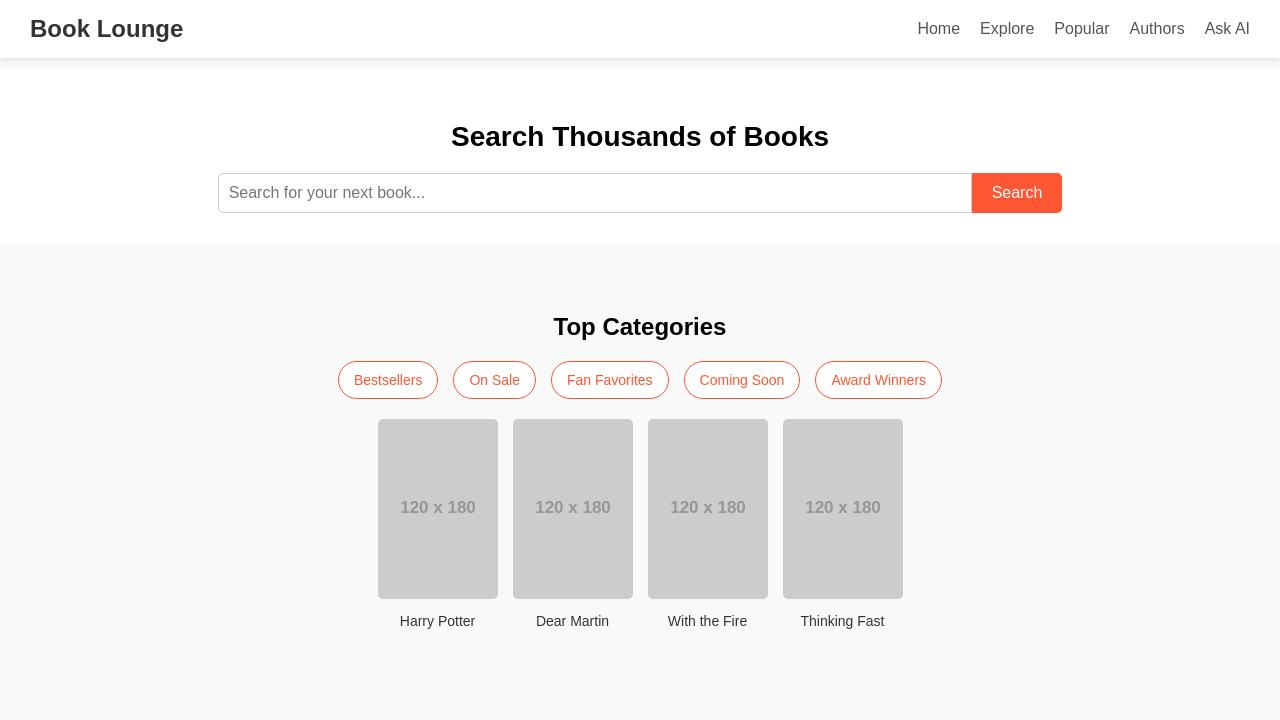
Repository: moehaymanmyint/Book-Longue-Web-System
Page: pages/home.html
These files come from the project's save history. The page is drawn as it stood at one moment and after the next save; the edit follows.
The browser window is 1280 px wide. The pictures show the whole page.

Above is the page before, as saved 2024-12-31 15:03:42.

After the next save:
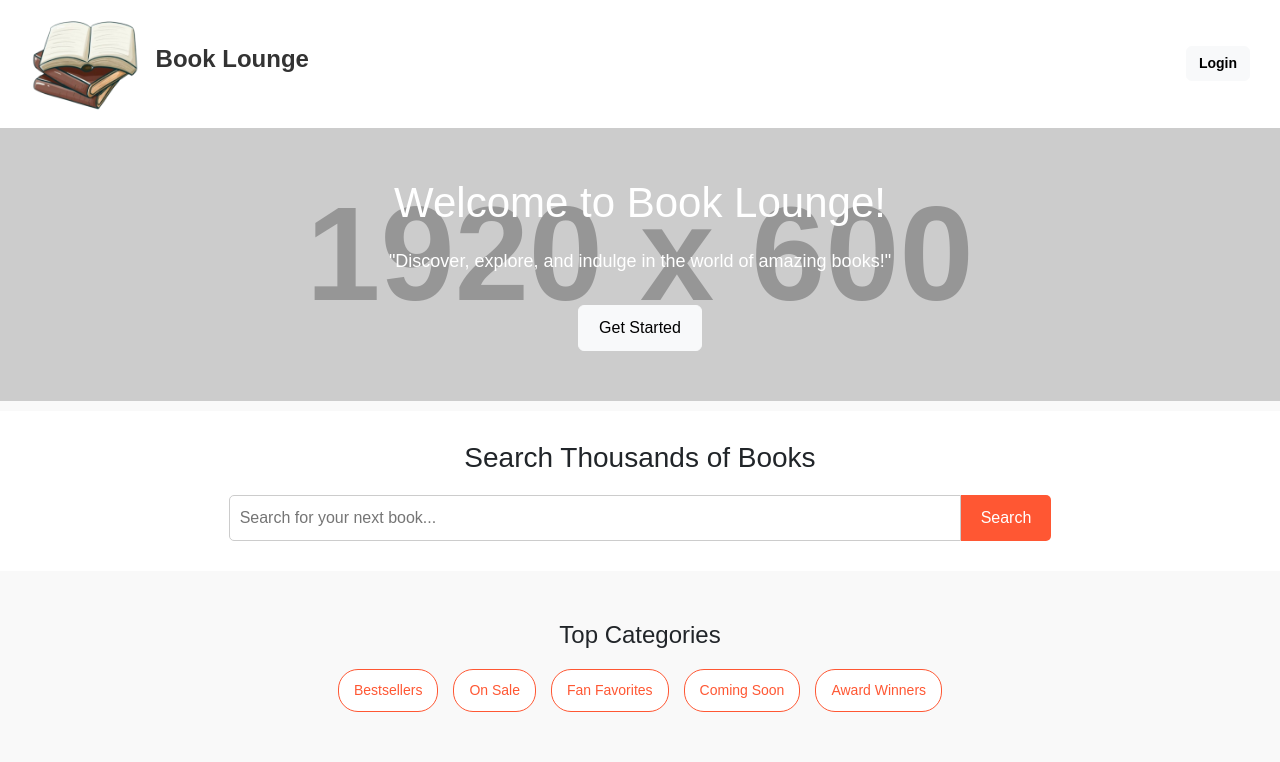
Saved 116 s later.
--- a/pages/home.html
+++ b/pages/home.html
@@ -4,6 +4,9 @@
     <meta charset="UTF-8">
     <meta name="viewport" content="width=device-width, initial-scale=1.0">
     <title>Book Lounge - Home</title>
+    <link href="https://cdn.jsdelivr.net/npm/bootstrap@5.3.3/dist/css/bootstrap.min.css" rel="stylesheet" integrity="sha384-QWTKZyjpPEjISv5WaRU9OFeRpok6YctnYmDr5pNlyT2bRjXh0JMhjY6hW+ALEwIH" crossorigin="anonymous">
+    <script src="https://cdn.jsdelivr.net/npm/bootstrap@5.3.3/dist/js/bootstrap.bundle.min.js" integrity="sha384-YvpcrYf0tY3lHB60NNkmXc5s9fDVZLESaAA55NDzOxhy9GkcIdslK1eN7N6jIeHz" crossorigin="anonymous"></script>
+    <link rel="stylesheet" href="https://cdnjs.cloudflare.com/ajax/libs/font-awesome/6.7.2/css/all.min.css" integrity="sha512-Evv84Mr4kqVGRNSgIGL/F/aIDqQb7xQ2vcrdIwxfjThSH8CSR7PBEakCr51Ck+w+/U6swU2Im1vVX0SVk9ABhg==" crossorigin="anonymous" referrerpolicy="no-referrer" />
     <style>
         body {
             font-family: Arial, sans-serif;
@@ -12,7 +15,7 @@
             background-color: #f9f9f9;
         }
 
-        header {
+        .nav-bar {
             display: flex;
             justify-content: space-between;
             align-items: center;
@@ -21,26 +24,50 @@
             box-shadow: 0 2px 5px rgba(0, 0, 0, 0.1);
         }
 
-        .logo {
+        .nav-bar .left {
+            display: flex;
+            align-items: center;
+        }
+
+        .nav-bar img {
+            margin-right: 10px;
+        }
+
+        .nav-bar h1 {
             font-size: 24px;
             font-weight: bold;
             color: #333;
         }
 
-        nav {
-            display: flex;
-            gap: 20px;
-        }
-
-        nav a {
+        .nav-bar .right a {
             text-decoration: none;
-            color: #555;
+        }
+
+        .nav-bar .right .login-btn {
+            font-size: 14px;
+            font-weight: bold;
+        }
+
+        .hero {
+            text-align: center;
+            padding: 50px 20px;
+            background: url('https://via.placeholder.com/1920x600') center/cover no-repeat;
+            color: #fff;
+        }
+
+        .hero h1 {
+            font-size: 42px;
+            margin-bottom: 20px;
+        }
+
+        .hero p {
+            font-size: 18px;
+            margin-bottom: 30px;
+        }
+
+        .hero .btn {
+            padding: 10px 20px;
             font-size: 16px;
-            font-weight: 500;
-        }
-
-        nav a:hover {
-            color: #ff5733;
         }
 
         .search-section {
@@ -84,7 +111,6 @@
             background-color: #e14d2a;
         }
 
-        /* Top Categories */
         .categories {
             margin: 30px auto;
             text-align: center;
@@ -143,16 +169,23 @@
     </style>
 </head>
 <body>
-    <header>
-        <div class="logo">Book Lounge</div>
-        <nav>
-            <a href="#">Home</a>
-            <a href="#">Explore</a>
-            <a href="#">Popular</a>
-            <a href="#">Authors</a>
-            <a href="#">Ask AI</a>
-        </nav>
-    </header>
+    <div class="nav-bar">
+        <div class="left">
+            <img src="../src/logo.png" alt="Logo" width="10%">
+            <h1>Book Lounge</h1>
+        </div>
+        <div class="right">
+            <a href="../pages/login.html"><button type="button" class="login-btn btn btn-light">Login</button></a>
+        </div>
+    </div>
+
+    <div class="hero">
+        <h1>Welcome to Book Lounge!</h1>
+        <p>"Discover, explore, and indulge in the world of amazing books!"</p>
+        <a href="../pages/signup.html">
+            <button type="button" class="btn btn-light">Get Started</button>
+        </a>
+    </div>
 
     <section class="search-section">
         <h1>Search Thousands of Books</h1>
@@ -171,24 +204,6 @@
             <button>Coming Soon</button>
             <button>Award Winners</button>
         </div>
-        <div class="books">
-            <div class="book">
-                <img src="https://via.placeholder.com/120x180" alt="Book">
-                <div class="book-title">Harry Potter</div>
-            </div>
-            <div class="book">
-                <img src="https://via.placeholder.com/120x180" alt="Book">
-                <div class="book-title">Dear Martin</div>
-            </div>
-            <div class="book">
-                <img src="https://via.placeholder.com/120x180" alt="Book">
-                <div class="book-title">With the Fire</div>
-            </div>
-            <div class="book">
-                <img src="https://via.placeholder.com/120x180" alt="Book">
-                <div class="book-title">Thinking Fast</div>
-            </div>
-        </div>
     </section>
 </body>
 </html>
